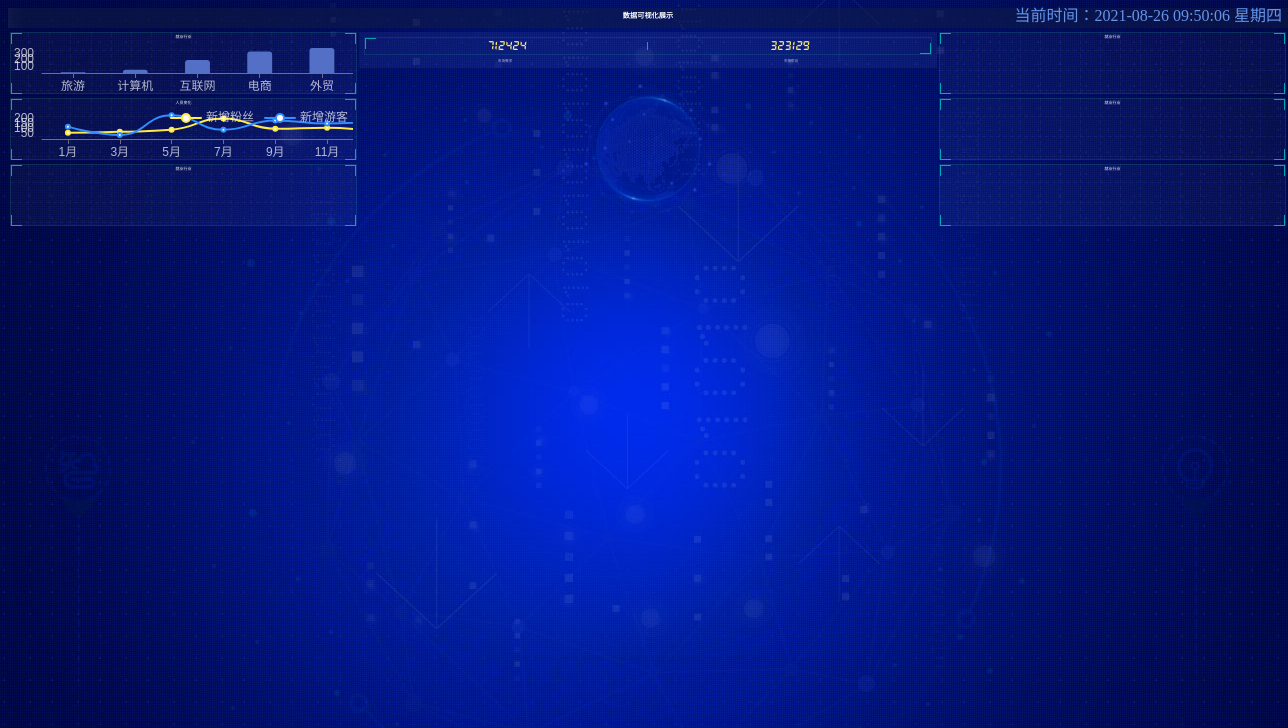
Repository: jiang-1990/DataVM
Page: /
An editor plug-in stored every save of this project. The page is shown before and after the next save, followed by the edit.
The browser window is 1280 px wide. The page is 1288 px wide, so the pictures cover 1288 px, including what lies to the right of the window. The pictures show the whole page.
The project was rebuilt for these pictures with package versions that can differ from the ones it lists, and the page was loaded fresh each time.

Above is the page before, as saved 2021-08-27 14:42:12.

### index.html
<!DOCTYPE html>
<html>
  <head>
    <meta charset="utf-8">
    <meta name="viewport" content="width=device-width,initial-scale=1.0">
    <title>mydatam</title>
  </head>
  <body>
    <div id="app"></div>
    <!-- built files will be auto injected -->
  </body>
</html>

### src/main.js
// The Vue build version to load with the `import` command
// (runtime-only or standalone) has been set in webpack.base.conf with an alias.
import Vue from 'vue'
import App from './App'
import router from './router'
import 'lib-flexible/flexible.js'
//声明字体
import './font/font.css'

Vue.config.productionTip = false

/* eslint-disable no-new */
new Vue({
  el: '#app',
  router,
  components: { App },
  template: '<App/>'
})

### src/App.vue
<template>
  <div id="app">
    <router-view/>
  </div>
</template>

<script>
export default {
  name: 'App'
}
</script>

<style>
body{
  background-image: url('assets/bg.jpg') ;
  background-Repeat : 'no-repeat';
  background-Size : '100% 100%';
  background-position: center;/* 背景图随屏幕尺寸变化 背景图两边隐藏 图片不压缩 */
}
html,body {
  width: 100%;
  height: 100%;
}

</style>

### src/router/index.js
import Vue from 'vue'
import Router from 'vue-router'
import bigScreen from '@/components/bigScreen'

Vue.use(Router)

export default new Router({
  routes: [
    {
      path: '/',
      name: 'bigScreen',
      component: bigScreen
    }
  ]
})

### src/font/font.css
 /* 声明字体 */
@font-face {
    font-family: 'electronicFont';
    src: url(./DS-DIGIT.ttf);
}

### src/components/bigScreen.vue
<template>
  <div>
    <div class="top">
      <h1>数据可视化展示</h1>
      <span class="time">当前时间：{{ date | dateFormat }}</span>
    </div>
    <div class="mainBox">
      <div class="culonm">
        <div class="panl bar">
          <h2>就业行业</h2>
          <div class="chart" id="bar_l"></div>
          <div class="zhuanjiao"></div>
        </div>

        <div class="panl line">
          <h2>人员变化</h2>
          <div class="chart" id="line_l"></div>
          <div class="zhuanjiao"></div>
        </div>

        <div class="panl pie">
          <h2>就业行业</h2>
          <div class="chart"></div>
          <div class="zhuanjiao"></div>
        </div>
      </div>
      <div class="culonm">
        <div class="num">
          <div class="num-hd">
            <ul>
              <li>712424</li>
              <li>323129</li>
            </ul>
          </div>
          <div class="num-bd">
            <ul>
              <li>市场需求</li>
              <li>市场供应</li>
            </ul>
          </div>
        </div>
        <div class="map">
          <div class="map1"></div>
          <div class="map2"></div>
          <div class="map3"></div>
          <div class="chart"></div>
        </div>
      </div>
      <div class="culonm">
        <div class="panl bar">
          <h2>就业行业</h2>
          <div class="chart"></div>
          <div class="zhuanjiao"></div>
        </div>

        <div class="panl line">
          <h2>就业行业</h2>
          <div class="chart"></div>
          <div class="zhuanjiao"></div>
        </div>

        <div class="panl pie">
          <h2>就业行业</h2>
          <div class="chart"></div>
          <div class="zhuanjiao"></div>
        </div>
      </div>
    </div>
    <!-- <div id="myChart" style="width:1920px; height: 400px;"></div> -->
  </div>
</template>

<script>
// 引入echarts
var echarts = require("echarts");
export default {
  data() {
    return {
      date: new Date(), //当前日期
    };
  },
  // 定义一个局部的过滤器，格式化当前时间
  filters: {
    dateFormat: (dateTime) => {
      var now = new Date(dateTime);
      var y = now.getFullYear();
      var m = (now.getMonth() + 1).toString().padStart(2, "0");
      var d = now.getDate().toString().padStart(2, "0");
      var hh = now.getHours().toString().padStart(2, "0");
      var mm = now.getMinutes().toString().padStart(2, "0");
      var ss = now.getSeconds().toString().padStart(2, "0");
      let week = now.getDay(); // 星期
      let weekArr = [
        "星期日",
        "星期一",
        "星期二",
        "星期三",
        "星期四",
        "星期五",
        "星期六",
      ];
      // 过滤器中要有返回值
      return `${y}-${m}-${d} ${hh}:${mm}:${ss} ${weekArr[week]}`;
    },
  },
  mounted() {
    this.createchartLine_l();
    this.createchartBar_l();
    var _this = this;
    this.timer = setInterval(() => {
      _this.date = new Date(); // 修改日期数据
    }, 1000);
  },
  created() {},
  methods: {
    createchartBar_l() {
      var myChart = echarts.init(document.getElementById("bar_l"));
      var option;
      option = {
        tooltip: {
          trigger: "axis",
          axisPointer: {
            // 坐标轴指示器，坐标轴触发有效
            type: "shadow", // 默认为直线，可选为：'line' | 'shadow'
          },
          backgroundColor: "rgba(0,21,49, 0.7)", //通过设置rgba调节背景颜色与透明度
          borderWidth: 0,
          textStyle: {
            color: "#fff",
          },
        },
        grid: {
          left: "0%",
          right: "0%",
          bottom: "0%",
          top: "12%",
          containLabel: true,
        },

        xAxis: [
          {
            type: "category",
            data: ["旅游", "计算机", "互联网", "电商", "外贸"],
            axisTick: {
              alignWithLabel: true,
            },
            splitLine: {
              show: false,
            },
            axisLabel: {
              color: "rgba(255,255,255, 0.7)",
            },
          },
        ],
        yAxis: [
          {
            type: "value",
            splitLine: {
              show: false,
            },
            axisLabel: {
              color: "rgba(255,255,255, 0.7)",
            },
          },
        ],
        series: [
          {
            name: "直接访问",
            type: "bar",
            barWidth: "40%",
            data: [10, 52, 200, 334, 390],
            itemStyle: {
              borderRadius: [3, 3, 0, 0],
            },
          },
        ],
      };
      myChart.setOption(option);
    },
    createchartLine_l() {
      var myChart = echarts.init(document.getElementById("line_l"));
      console.log(myChart);
      var option = {
        tooltip: {
          trigger: "axis",
          backgroundColor: "rgba(0,21,49, 0.7)", //通过设置rgba调节背景颜色与透明度
          borderWidth: 0,
          textStyle: {
            color: "#fff",
          },
        },
        legend: {
          data: ["新增粉丝", "新增游客"],
          right: 0,
          itemStyle: {
            borderWidth: 0,
          },
          itemWidth: 30,
          itemHeight: 10,
          lineStyle: {
            cap: "round",
          },
          itemStyle: {
						  normal: {
							  color: "#318eff", //折线点的颜色
							  lineStyle: {
								  color: "#318eff" //折线的颜色
							  }
						  }
					  },
          textStyle: {
            color: "rgba(255,255,255, 0.7)",
            fontSize: "12",
          },
        },
        grid: {
          left: "0%",
          right: "0%",
          bottom: "0%",
          top: "12%",
          containLabel: true,
        },

        xAxis: [
          {
            type: "category",
            data: ["1月", "3月", "5月", "7月", "9月", "11月"],
            axisTick: {
              alignWithLabel: true,
            },
            splitLine: {
              show: false,
            },
            axisLabel: {
              color: "rgba(255,255,255, 0.7)",
            },
          },
        ],
        yAxis: [
          {
            type: "value",
            splitLine: {
              show: false,
            },
            axisLabel: {
              color: "rgba(255,255,255, 0.7)",
            },
          },
        ],
        series: [
          {
            name: "新增粉丝",
            type: "line",
            smooth: true,
            data: [60, 70, 90, 200, 100, 110, 60],
            itemStyle: {
						  normal: {
							  color: "#ffea48", //折线点的颜色
							  lineStyle: {
								  color: "#ffea48" //折线的颜色
							  }
						  }
					  },
          },
          {
            name: "新增游客",
            type: "line",
            smooth: true,
            data: [120, 40, 230, 90, 180, 150, 180],
            itemStyle: {
						  normal: {
							  color: "#318eff", //折线点的颜色
							  lineStyle: {
								  color: "#318eff" //折线的颜色
							  }
						  }
					  },
          },
        ],
      };
      myChart.setOption(option);
    },
  },
};
</script>

<style scoped>
@import "../css/bigScreen.css";
</style>

### src/css/bigScreen.css
* {
  margin: 0;
  padding: 0;
  box-sizing: border-box;
}
li {
  list-style-type: none;
}
.top {
  height: 1.25rem;
  background: url(../assets/head_bg.png) no-repeat;
  box-sizing: 100% 100%;
  position: relative;
}
.top h1 {
  font-size: 0.45rem;
  line-height: 1rem;
  color: #ffffff;
  text-align: center;
}
.top .time {
  line-height: 0.9375rem;
  position: absolute;
  right: 0.375rem;
  top: 0;
  color: cornflowerblue;
}
.mainBox {
  min-width: 1024px;
  max-width: 1920px;
  margin: 0 auto;
  display: flex;
  padding: 0.25rem 0.125rem 0;
}
.mainBox .culonm {
  flex: 3;
}
.mainBox .culonm:nth-child(2) {
  flex: 5;
  margin: 0 0.125rem 0.1875rem;
}
.mainBox .panl {
  position: relative;
  height: 3.875rem;
  border: 0.0125rem solid rgba(25, 186, 139, 0.17);
  background: url(../assets/line.png) rgba(255, 255, 255, 0.03);
  padding: 0 0.1875rem 0.25rem;
  margin-bottom: 0.25rem;
}
.mainBox .panl::before {
  position: absolute;
  top: 0;
  left: 0;
  width: 10px;
  height: 10px;
  border-left: 1px solid #02a6b5;
  border-top: 1px solid #02a6b5;
  content: "";
}
.mainBox .panl::after {
  position: absolute;
  top: 0;
  right: 0;
  width: 10px;
  height: 10px;
  border-right: 1px solid #02a6b5;
  border-top: 1px solid #02a6b5;
  content: "";
}
.mainBox .panl .zhuanjiao {
  width: 100%;
  height: 10px;
  position: absolute;
  bottom: 0px;
  left: 0;
}
.mainBox .panl .zhuanjiao::before {
  position: absolute;
  top: 0;
  left: 0;
  width: 10px;
  height: 10px;
  border-left: 1px solid #02a6b5;
  border-bottom: 1px solid #02a6b5;
  content: "";
}
.mainBox .panl .zhuanjiao::after {
  position: absolute;
  top: 0;
  right: 0;
  width: 10px;
  height: 10px;
  border-right: 1px solid #02a6b5;
  border-bottom: 1px solid #02a6b5;
  content: "";
}
.mainBox .panl h2 {
  font-size: 0.25rem;
  color: #ffffff;
  line-height: 0.5rem;
  text-align: center;
  height: 0.5rem;
  font-weight: 400;
}
.mainBox .panl .chart {
  height: 3.25rem;
}
.mainBox .num {
  background: rgba(101, 132, 226, 0.1);
  padding: 0.1875rem;
}
.mainBox .num .num-hd {
  position: relative;
  margin: 0.125rem;
  border: 1px solid rgba(25, 186, 139, 0.17);
}
.mainBox .num .num-hd::before {
  position: absolute;
  top: 0;
  left: 0;
  width: 10px;
  height: 10px;
  border-left: 1px solid #02a6b5;
  border-top: 1px solid #02a6b5;
  content: "";
}
.mainBox .num .num-hd::after {
  position: absolute;
  bottom: 0;
  right: 0;
  width: 10px;
  height: 10px;
  border-right: 1px solid #02a6b5;
  border-bottom: 1px solid #02a6b5;
  content: "";
}
.mainBox .num .num-hd ul {
  display: flex;
}
.mainBox .num .num-hd ul li {
  flex: 1;
  line-height: 1rem;
  font-size: 0.875rem;
  color: #ffeb7b;
  text-align: center;
  font-family: electronicFont;
}
.mainBox .num .num-hd ul li:nth-child(1) {
  position: relative;
}
.mainBox .num .num-hd ul li:nth-child(1)::after {
  position: absolute;
  top: 25%;
  right: 0;
  height: 50%;
  border-right: 1px solid #02a6b5;
  content: "";
}
.mainBox .num .num-bd {
  position: relative;
}
.mainBox .num .num-bd ul {
  display: flex;
}
.mainBox .num .num-bd ul li {
  flex: 1;
  line-height: 0.5rem;
  font-size: 0.225rem;
  color: rgba(255, 255, 255, 0.7);
  text-align: center;
}
.mainBox .map {
  height: 10.125rem;
  position: relative;
}
.mainBox .map .map1 {
  width: 6.475rem;
  height: 6.475rem;
  position: absolute;
  top: 50%;
  left: 50%;
  transform: translate(-50%, -50%);
  background: url(../assets/map.png);
  background-size: 100% 100%;
  opacity: 0.3;
}
.mainBox .map .map2 {
  width: 8.0375rem;
  height: 8.0375rem;
  position: absolute;
  top: 50%;
  left: 50%;
  transform: translate(-50%, -50%);
  background: url(../assets/lbx.png);
  background-size: 100% 100%;
  animation: rotatel1 20s linear infinite;
  opacity: 0.6;
}
@keyframes rotatel1 {
  from {
    transform: translate(-50%, -50%) rotate(0deg);
  }
  to {
    transform: translate(-50%, -50%) rotate(360deg);
  }
}
.mainBox .map .map3 {
  width: 7.075rem;
  height: 7.075rem;
  position: absolute;
  top: 50%;
  left: 50%;
  transform: translate(-50%, -50%);
  background: url(../assets/jt.png);
  background-size: 100% 100%;
  animation: rotatel2 15s linear infinite;
  opacity: 0.6;
}
@keyframes rotatel2 {
  from {
    transform: translate(-50%, -50%) rotate(0deg);
  }
  to {
    transform: translate(-50%, -50%) rotate(-360deg);
  }
}
.mainBox .map .chart {
  height: 10.125rem;
}

After the next save:
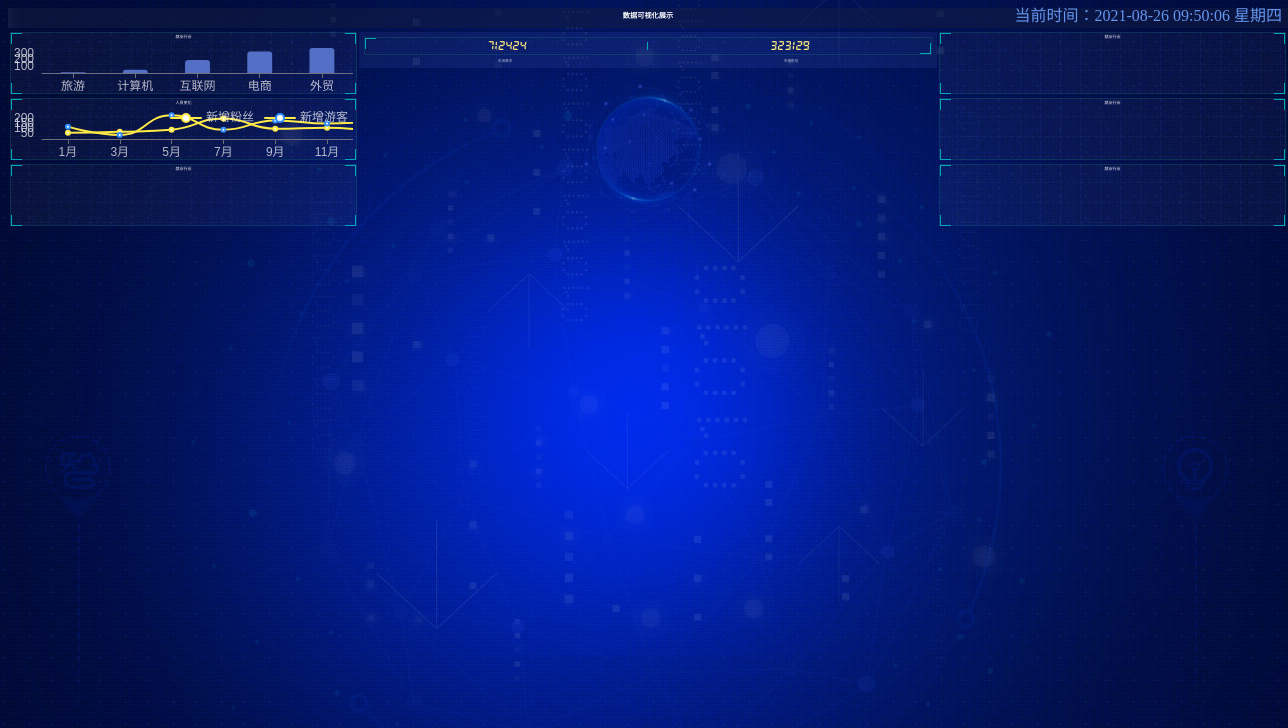
Saved 13 s later.
--- a/src/components/bigScreen.vue
+++ b/src/components/bigScreen.vue
@@ -200,14 +200,7 @@
           lineStyle: {
             cap: "round",
           },
-          itemStyle: {
-						  normal: {
-							  color: "#318eff", //折线点的颜色
-							  lineStyle: {
-								  color: "#318eff" //折线的颜色
-							  }
-						  }
-					  },
+
           textStyle: {
             color: "rgba(255,255,255, 0.7)",
             fontSize: "12",
@@ -271,7 +264,7 @@
 						  normal: {
 							  color: "#318eff", //折线点的颜色
 							  lineStyle: {
-								  color: "#318eff" //折线的颜色
+								  color: "#ffea48" //折线的颜色
 							  }
 						  }
 					  },

After the save that followed:
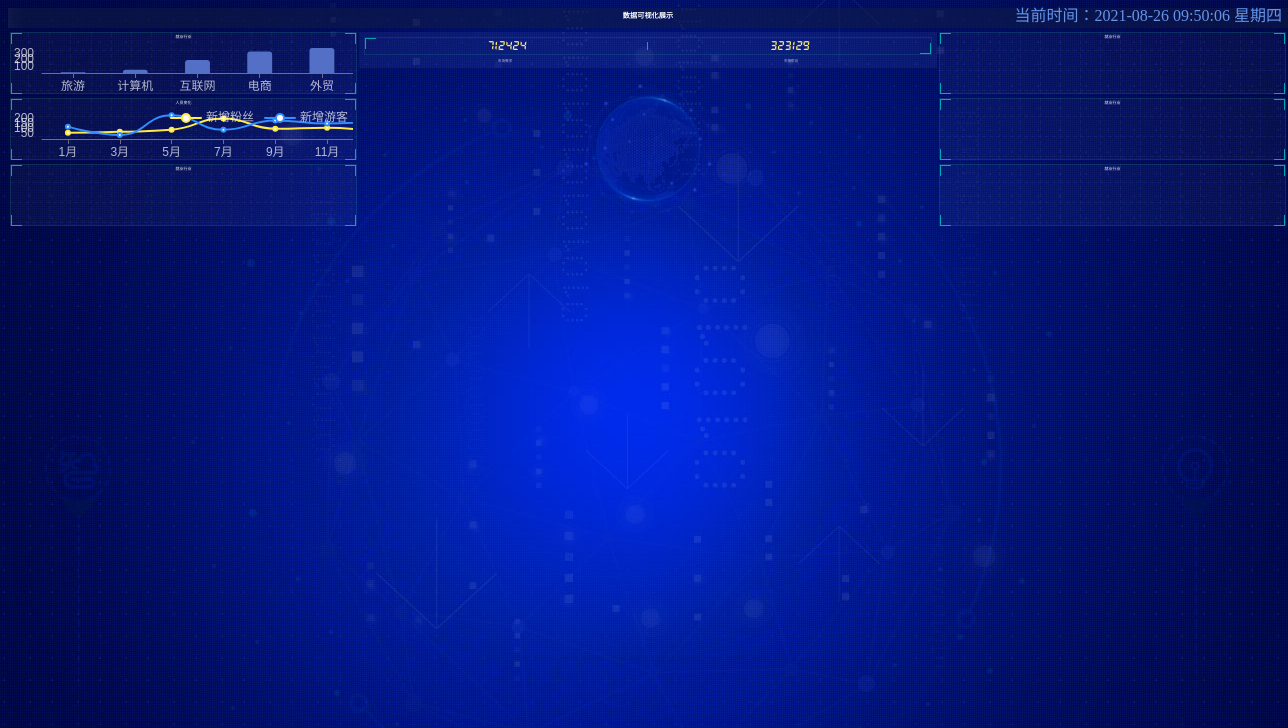
Saved 21 s later.
--- a/src/components/bigScreen.vue
+++ b/src/components/bigScreen.vue
@@ -264,7 +264,7 @@
 						  normal: {
 							  color: "#318eff", //折线点的颜色
 							  lineStyle: {
-								  color: "#ffea48" //折线的颜色
+								  color: "#318eff" //折线的颜色
 							  }
 						  }
 					  },
